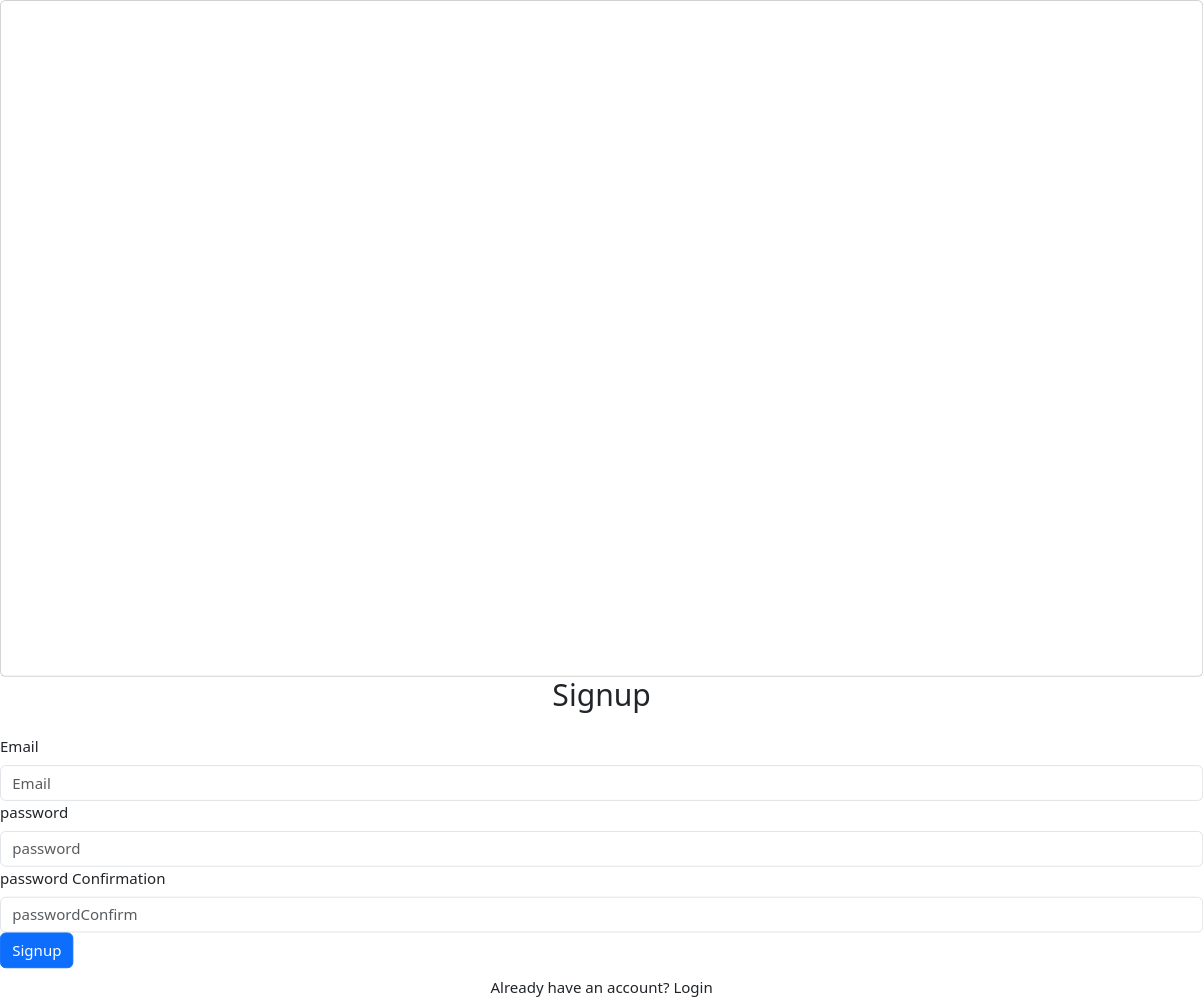
Repository: NDISHAW/kibagareacademycenter
Page: / (app in news/)
An editor plug-in stored every save of this project. The page is shown before and after a run of saves, followed by the edit.
The browser window is 1280 px wide. The pictures show the whole page, at 94% of full size.
The project was rebuilt for these pictures with package versions that can differ from the ones it lists, and the page was loaded fresh each time.

Above is the page before, as saved 2022-05-29 14:16:45.

After the next 2 saves:
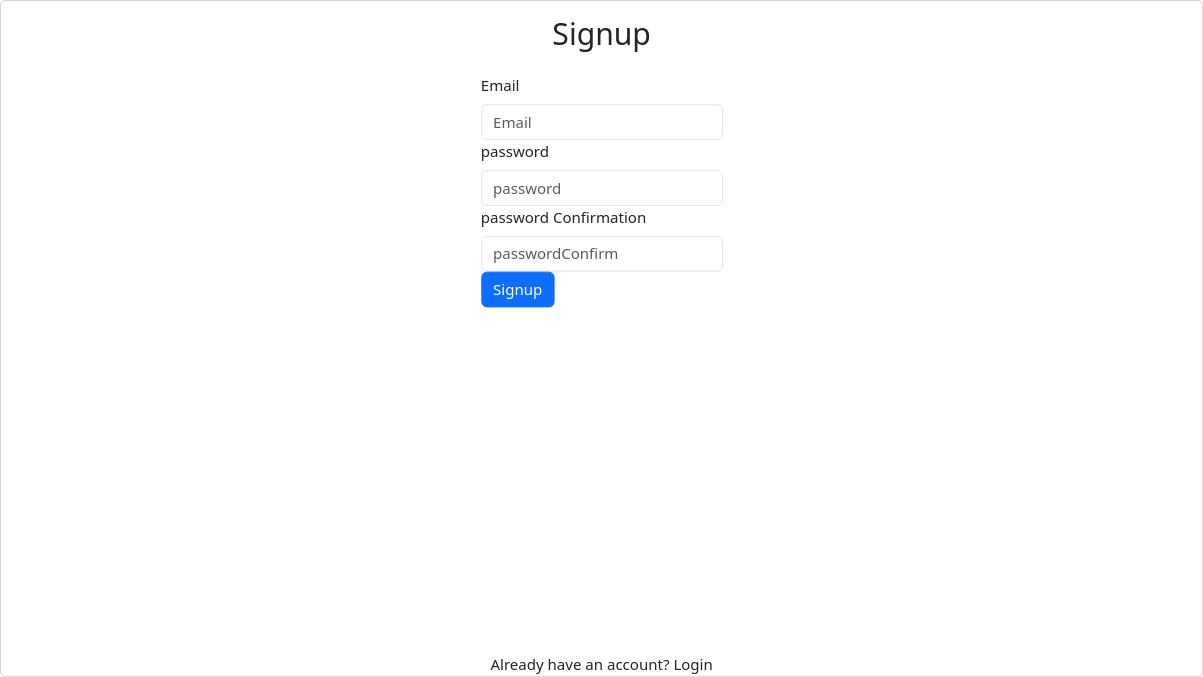
The 2 saves are shown as one change because 1 did not build or start.
The last was saved 80 s later.
--- a/news/src/Components/Signup.js
+++ b/news/src/Components/Signup.js
@@ -9,31 +9,48 @@ function Signup() {
 
   return (
     <>
-      <Card className="d-flex align-items-center justify-content-center" style={{ minHeight: "100vh" }}></Card>
+      <Card
+        className="d-flex align-items-center justify-content-center"
+        style={{ minHeight: "100vh" }}
+      >
         <Card.Body>
-        <h2 className='text-center mb-4'>
-            Signup
-        </h2>
-        <form>
+          <h2 className="text-center mb-4">Signup</h2>
+          <form>
             <Form.Group id="email">
-                <Form.Label>Email</Form.Label>
-                <Form.Control type="email" placeholder="Email" ref={emailRef} required />
+              <Form.Label>Email</Form.Label>
+              <Form.Control
+                type="email"
+                placeholder="Email"
+                ref={emailRef}
+                required
+              />
             </Form.Group>
             <Form.Group id="password">
-                <Form.Label>password</Form.Label>
-                <Form.Control type="password" placeholder="password" ref={passwordRef} required />
+              <Form.Label>password</Form.Label>
+              <Form.Control
+                type="password"
+                placeholder="password"
+                ref={passwordRef}
+                required
+              />
             </Form.Group>
             <Form.Group id="passwordConfirm">
-                <Form.Label>password Confirmation</Form.Label>
-                <Form.Control type="passwordConfirm" placeholder="passwordConfirm" ref={passwordConfirmRef} required />
+              <Form.Label>password Confirmation</Form.Label>
+              <Form.Control
+                type="passwordConfirm"
+                placeholder="passwordConfirm"
+                ref={passwordConfirmRef}
+                required
+              />
             </Form.Group>
             <button className="btn btn-primary btn-block">Signup</button>
-        </form>
+          </form>
         </Card.Body>
-      <div className="w-100 text-center mt-2">
-        Already have an account? Login
-      </div>
+        <div className="w-100 text-center mt-2">
+          Already have an account? Login
+        </div>
+      </Card>
     </>
-  )
+  );
 }
 export default Signup;
